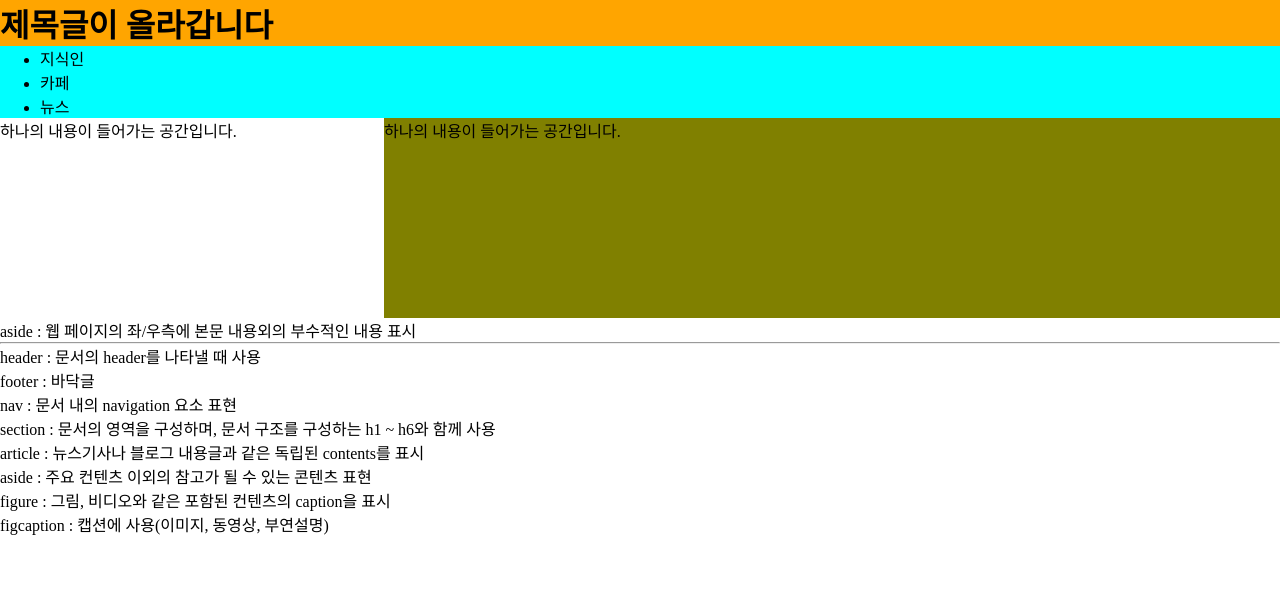
Repository: thswlsqls/JspWorkspace
Page: html/ex03.html
The author's editor kept a copy of each file at every save. The page is drawn from the files as they stood at one save, then again after the next save.
The browser window is 1280 px wide. The pictures show the whole page.

Above is the page before, as saved 2021-04-12 10:34:47.

After the next save:
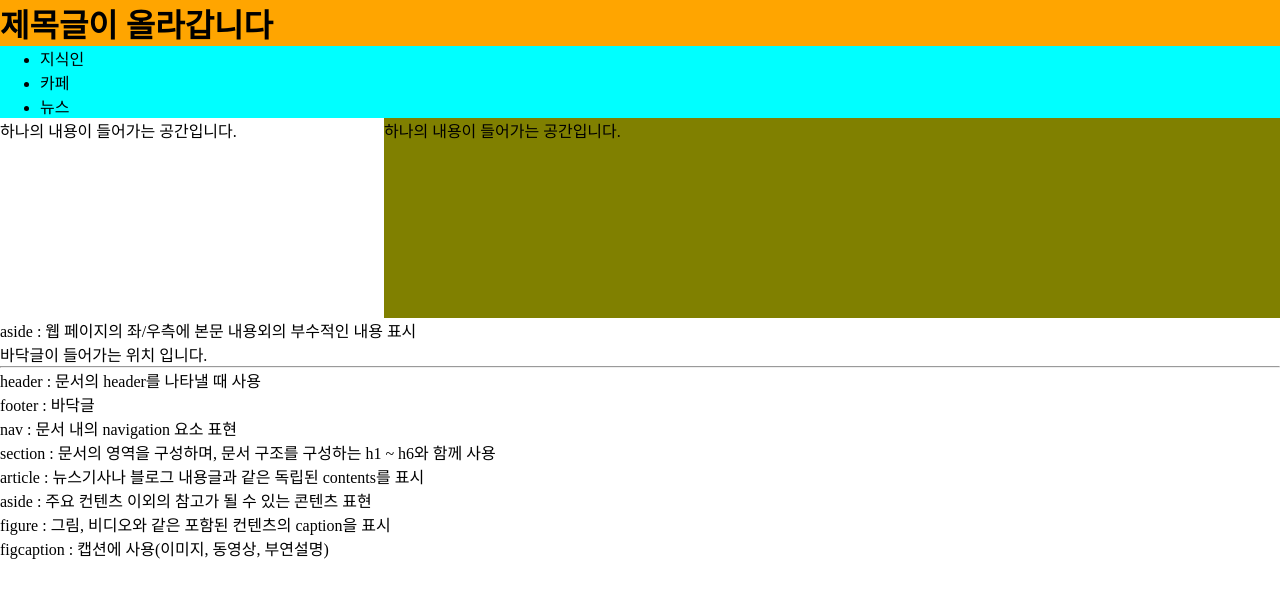
Saved 25 s later.
--- a/html/ex03.html
+++ b/html/ex03.html
@@ -25,6 +25,9 @@
 	<aside>
 		aside : 웹 페이지의 좌/우측에 본문 내용외의 부수적인 내용 표시
 	</aside>
+	<footer>
+		바닥글이 들어가는 위치 입니다.
+	</footer>
 	<hr>
 	header : 문서의 header를 나타낼 때 사용<br>
 	footer : 바닥글<br>
